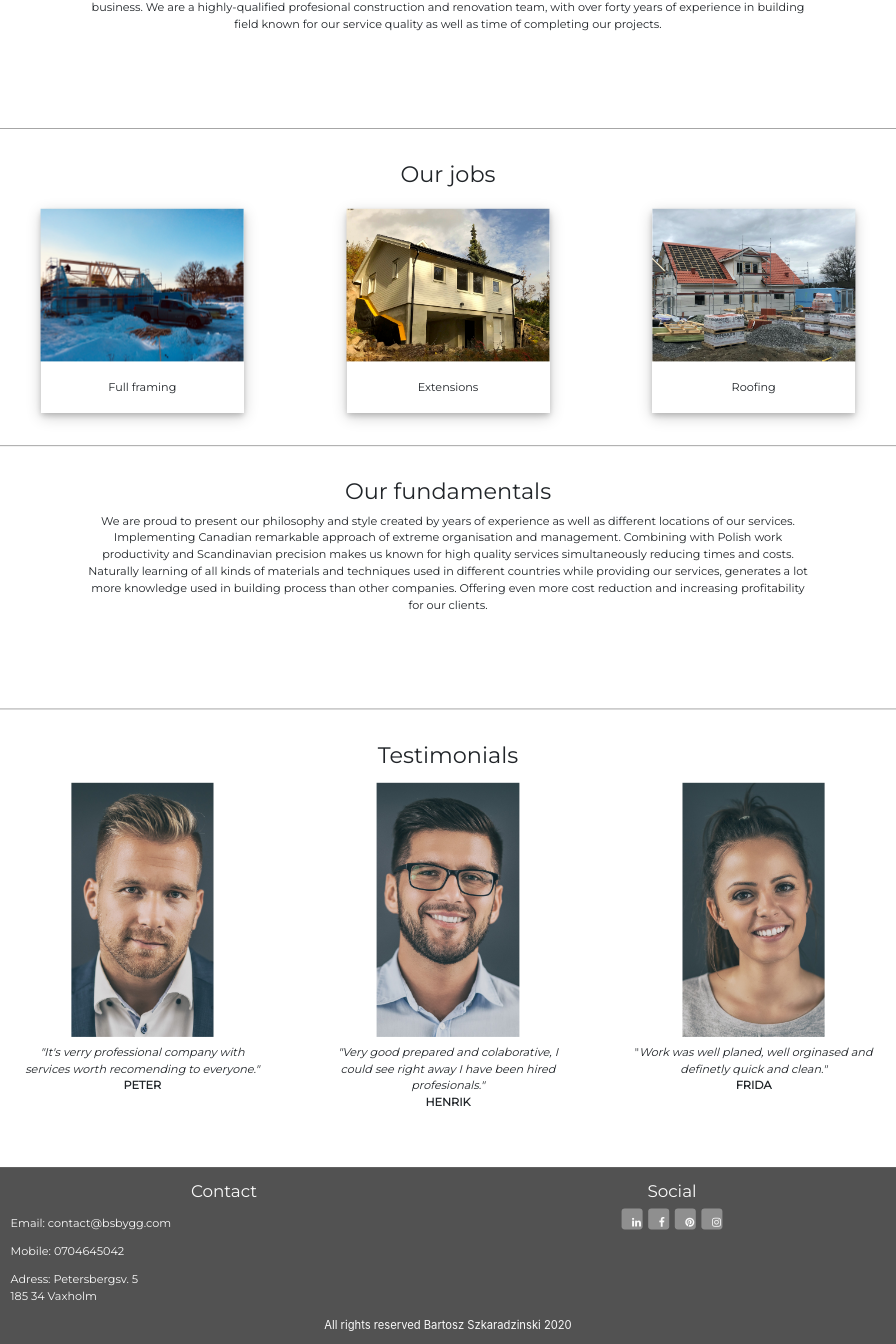
Repository: Bartie1982/milestone-project-1
Page: index.html
The author's editor kept a record of every edit. The page is drawn from the files as they stood at one moment, then again after the next edit.
The browser window is 1280 px wide. The pictures show the part of the page from y = 896 to 2816 px (the page is 2816 px tall before and 2803 px after), at 70% of full size.
Some web libraries are served in a nearby version.

Above is the page before.

### index.html
<!DOCTYPE html>
<html lang="en">

<head>
    <meta charset="UTF-8">
    <meta name="viewport" content="width=device-width, initial-scale=1.0">
    <meta http-equiv="X-UA-Compatible" content="ie=edge">
    <link rel="stylesheet" href="https://stackpath.bootstrapcdn.com/bootstrap/4.3.1/css/bootstrap.min.css" type="text/css" />
    <link rel="stylesheet" href="https://stackpath.bootstrapcdn.com/font-awesome/4.7.0/css/font-awesome.min.css" type="text/css" />
    <link rel="stylesheet" href="assets/css/style.css" type="text/css" />
    <title>BsBygg</title>
</head>

<body>
    <header>
        <div class="container-fluid h-50 d-inline-block">
            <div class="row">
                   <div class="mt-2  float-sm-left col-lg-2 col-md-3 col-sm-4 col-4">
                        <a href="index.html">
                        <img class="img logo" src="./assets/images/logo1.png" alt="Bs.bygg">
                        </a>
                    </div>
                    <div class="mt-2 col-lg-10 col-md-9 col-sm-8 col-8">
                            <nav class="mt-0 navbar navbar-expand-lg navbar-dark navbar-custom">
                            <a class="navbar-brand float-sm-left" href="index.html">Bs bygg</a>
                             <button class="navbar-toggler custom-toggler" type="button" data-toggle="collapse" data-target="#navbarNav" aria-controls="navbarNav" aria-expanded="false" aria-label="Toggle navigation">
                                    <span class="navbar-toggler-icon"></span>
                            </button>
                                <div class="navbar-brand collapse navbar-collapse" id="navbarNav">
                                    <ul class="navbar-nav">
                                        <li class="nav-item">
                                            <a class="navbar-brand" href="#about-us">About us</a>
                                        </li>
                                        <li class="nav-item">
                                            <a class="navbar-brand" href="#our-jobs">Our jobs</a>
                                        </li>
                                        <li class="nav-item">
                                            <a class="navbar-brand" href="#our-fundamentals">Our fundamentals</a>
                                        </li>
                                        <li class="nav-item">
                                            <a class="navbar-brand" href="#testimonials">Testimonials</a>
                                        </li>
                                        <li class="nav-item">
                                            <a class="navbar-brand" href="#contact">Contact</a>
                                        </li>
                                    </ul>
                                </div>

                        </nav>
                    </div>
        </div>
            </div>
            <div class="container-fluid h-50 d-inline-block">
                <div class="h-75 d-inline-block d-flex justify-content-center quote">
                        <p class="align-self-end ">Profesionals simply by working different!</p>
                </div>
            </div>
    </header>

    <section>
        <div class="d-flex justify-content-center" id="about-us">
            <div class="col-md-10 about-us">
                <h2>About-us</h2>

                <p class="text-space">Established in 1995 our company is a family bussines,
                started by my father who was providing construction and renovation services of all sorts in Sweden and Scandinavia.
                In 1999 My brother and I have joined my fathers company and together we expanded rapidly.
                Completing bigger and more complicated houses designs in Sweden, Danmark, Uk, Poland and Canada over time  we were growing and evolving to get framing and construction projects ahead simultaneously remaning in renovation business.
                We are a highly-qualified profesional construction and renovation team, with over forty years of experience in building field known for our service quality as well as time of completing our projects.
                </p>

            </div>
        </div>

        <div class="row">
            <div class="col-md-12 h-line4">
                <hr>
            </div>
        </div>

    </section>
    <section>
        <div class="row" id="our-jobs">
            <div class="col-md-12 Our-jobs">
                <h2>Our jobs</h2>
                    <div class="row d-flex justify-content-around">
                        <div class="col-sm-12 col-md-12 col-lg-4">
                            <div class="polaroid">
                        <img src="./assets/images/balsta-light.jpg" alt="Full framing" style="width:100%">
                             <div class="container p">
                             <p>Full framing</p>
                             </div>
                       </div>
                        </div>
                        <div class="col-sm-12 col-md-12 col-lg-4">
                            <div class="polaroid">
                        <img src="./assets/images/akersberga-ed.jpg" alt="Extensions" style="width:100%">
                             <div class="container p">
                             <p>Extensions</p>
                             </div>
                       </div>
                        </div>
                        <div class="col-sm-12 col-md-12 col-lg-4">
                            <div class="polaroid">
                        <img src="./assets/images/tak-arbetet-ed.jpg" alt="Roofing" style="width:100%">
                             <div class="container p">
                             <p>Roofing</p>
                         </div>
                        </div>
                    </div>
                </div>
            </div>
        </div>
    </section>
    <section>
        <div class="row">
            <div class="col-md-12 h-line3">
                <hr>
            </div>
        </div>
        <div class="d-flex justify-content-center" id="our-fundamentals">
            <div class="col-md-10 our-fundamentals">
                <h2>Our fundamentals</h2>

                <p class="text-space">We are proud to present our philosophy and style created by years of experience as well as different locations of our services.
                Implementing  Canadian remarkable approach of extreme organisation and management.
                Combining with Polish work productivity and Scandinavian precision makes us known for high quality services simultaneously reducing times and costs.
                Naturally learning of all kinds of materials and techniques used in different countries while providing our services, generates a lot more knowledge used in building process than other companies. Offering even more
                cost reduction and increasing profitability for our clients.
                </p>
            </div>
        </div>

        <div class="row">
            <div class="col-md-12 h-line4">
                <hr>
            </div>
        </div>
    </section>
    <section>
        <div class="row" id="testimonials">
            <div class="col-md-12 Testimonials">
                <h2>Testimonials</h2>
                    <div class="row people d-flex justify-content-around">
                        <div class="col-sm-12 col-md-4 person">
                            <img class="img-fluid" src="./assets/images/Face 6.jpg" alt="Peter">
                            <p class="text-space"><i>"It's verry professional company with services worth recomending to everyone."</i><br><b>PETER</b></p>
                        </div>
                        <div class="col-sm-12 col-md-4 person">
                            <img class="img-fluid" src="./assets/images/Face 4.jpg" alt="Henrik">
                            <p class="text-space"><i>"Very good prepared and colaborative, I could see right away I have been hired profesionals."</i><br><b>HENRIK</b></p>
                        </div>
                        <div class="col-sm-12 col-md-4 person">
                            <img class="img-fluid" src="./assets/images/Face 7.jpg" alt="Frida">
                            <p class="text-space">"<i>Work was well planed, well orginased and definetly quick and clean."</i><br><b>FRIDA</b></p>
                        </div>
                    </div>
            </div>
                <div class="row">
                    <div class="col-md-12 h-line4">
                        <hr>
                    </div>
                </div>
    </section>
    <footer class="container-fluid" id="contact">
        <div class="row">
                <div class="col-lg-6 col-md-6 col-sm-12">
                    <h4 class="d-flex justify-content-center general-sub">Contact</h4>

                        <div class="  general-sub">
                            <div>
                            <p class=""><b>Email:</b> contact@bsbygg.com</p>
                            </div>
                            <div>
                            <p class=""><b>Mobile:</b> 0704645042 </p>
                            </div>
                            <div>
                            <p class=""><b>Adress:</b> Petersbergsv. 5 <br>185 34 Vaxholm</p>
                        </div>
                </div>
        </div>
            <div class="col-lg-6 col-md-6 col-sm-12 social">
                <h4 class="general-sub d-flex justify-content-center">Social</h4>
                <ul class="list-inline social-links d-flex justify-content-center">
                <li class="list-inline-item">
                    <a target="_blank" href="https://www.linkedin.com/">
                        <i class="fa fa-linkedin" aria-hidden="true"></i>
                        <span class="sr-only">Linkedin</span>
                    </a>
                </li>

                <li class="list-inline-item">
                    <a target="_blank" href="https://www.facebook.com/">
                        <i class="fa fa-facebook" aria-hidden="true"></i>
                        <span class="sr-only">Facebook</span>
                    </a>

                </li>
                <li class="list-inline-item">
                    <a target="_blank" href="https://www.pinterest.com/">
                        <i class="fa fa-pinterest" aria-hidden="true"></i>
                        <span class="sr-only">Pinterest</span>
                    </a>
                </li>
                <li class="list-inline-item">
                    <a target="_blank" href="https://www.instagram.com/">
                        <i class="fa fa-instagram" aria-hidden="true"></i>
                        <span class="sr-only">Instagram</span>
                    </a>
                </li>

                </ul>
            </div>
        </div>
        <div class="d-flex justify-content-center">
            <p class="">All rights reserved  Bartosz Szkaradzinski 2020</p>
        </div>
    </footer>
    <script src="https://code.jquery.com/jquery-3.2.1.slim.min.js" integrity="sha384-KJ3o2DKtIkvYIK3UENzmM7KCkRr/rE9/Qpg6aAZGJwFDMVNA/GpGFF93hXpG5KkN" crossorigin="anonymous"></script>
<script src="https://cdnjs.cloudflare.com/ajax/libs/popper.js/1.12.9/umd/popper.min.js" integrity="sha384-ApNbgh9B+Y1QKtv3Rn7W3mgPxhU9K/ScQsAP7hUibX39j7fakFPskvXusvfa0b4Q" crossorigin="anonymous"></script>
<script src="https://maxcdn.bootstrapcdn.com/bootstrap/4.0.0/js/bootstrap.min.js" integrity="sha384-JZR6Spejh4U02d8jOt6vLEHfe/JQGiRRSQQxSfFWpi1MquVdAyjUar5+76PVCmYl" crossorigin="anonymous"></script>
</body>

</html>

### assets/css/style.css
@import url('https://fonts.googleapis.com/css?family=Montserrat&display=swap:100,200,300,400,500,600,700|Exo:100,200,300,400,500,600,700');


/*----------------------------------------------Colours*/
.bg-color-name-title {
      color: #000234;
}



/*----------------------------------------------Heading*/

html, body {
    width: 100vw;
    overflow-x: hidden;
    overflow-y: auto;
}

header {
    height: 100vh;
    margin: 0;
    background: url("../images/Villa1.jpg");
    background-repeat: no-repeat;
    background-size: cover;


}

.logo {
    background-repeat: no-repeat;
    background-size: 30px;
    min-height: 20px;
    height: 50px;
    margin-top: inherit;
    margin-left: 20px;
    margin-right: 2px;
    padding-left: 0px;
    padding-right:0px;

}


.navbar {
    margin-right: auto;
    margin-left: auto;
    margin-top: 25px;

}

.navbar-dark {
    font-size: 22px;
    font-weight: 400;
}
.custom-toggler.navbar-toggler {
            border-color: lightgreen;
        }

.navbar-custom .navbar-brand,
.navbar-custom .navbar-text {
    color: #F0F8FF;
}

.quote {
    color: #F0FFF0;
    font-family: "Exo", Montserrat;
    font-weight: 100;
    font-size: 30px;
    text-align: center;


}


/*----------------------------------------------About us*/

.about-us {

    font-family: "Exo", Montserrat;
    margin-top: 30px;
    text-align: center;
    min-height: 300px;

}

/*----------------------------------------------Our fundamentals*/



.our-fundamentals {
    font-family: "Exo", Montserrat;
    margin-top: 30px;
    text-align: center;
    min-height: 300px;
}




/*----------------------------------------------Our jobs*/

.polaroid {
  width: 290px;
  box-shadow: 0 4px 8px 0 rgba(0, 0, 0, 0.2), 0 6px 20px 0 rgba(0, 0, 0, 0.19);
  text-align: center;
  margin: 30px auto 30px auto;

}

.Our-jobs {
    font-family: "Exo", Montserrat;
    margin-top: 30px;
    text-align: center;
    min-height: 300px;

}


/*----------------------------------------------Testimonials*/

.container p {
  padding: 25px;
}
.people {
    margin-top:20px;
    margin-bottom: 40px;
}
.person {

    height: inherit;
    margin-bottom: 30px;
}
.person img {
    width: 50%;
    margin-left: auto;
    margin-right: auto;
}
.person p {
    padding-left: 30px;
    padding-right: 30px;
}


.name {
    font-family: "Exo", Montserrat;
    background-position: center;
    margin-top: 50px;
    font-weight: 100;
    min-height: 100px;
    font-size: 46px;
    color: #fff;

}

.Testimonials {
    font-family: "Exo", Montserrat;
    margin-top: 30px;
    text-align: center;
    min-height: 300px;

}

/*----------------------------------------------Spacers/lines/margins/paddings/text */

h1,
h2,
h3,
h4 {
       margin: 0;
}

hr {
    background-color: grey;
    height: 1px;
    border: 0; }

.h-line3 {
    margin-top: 0;

}

.h-line4 {
    margin-top: 1%;
}

.text-space {
    margin-top: 10px;
    margin-bottom: 10px;
}

.general-sub {
    margin-top: 20px;
    margin-bottom: 10px;
    color: #fafafa;
    font-family: "Exo", Montserrat;
    font-weight: 300;

}

.inline-block {
    display: inline-block;

}

/*----------------------------------------------Footer*/

footer {
    background-color: #525252;
    color: #fafafa;
    min-height: 240px;
}

.contact {
    margin-left: auto;
    margin-right: auto;

}

.quote-pdf i {
    font-size: 20px;
    color: #fafafa;
    text-align: center;
    padding-left: 8px;
    transition: all 0.45s ease-in;
    -moz-transition: all 0.45s ease-in;
    -webkit-transition: all 0.45s ease-in;
    -o-transition: all 0.45s ease-in;
}

.quote-pdf i:hover {
    color: #40A8AF;

}
.social {
     margin-right: auto;
     margin-left: auto;
}

.social-links li a i {
    width: 30px;
    height:30px;
    padding: 15px;
    border-radius: 15%;
    font-size: 15px;
    line-height: 10px;
    text-align: center;
    color: #fafafa;
    background: #8f8f8f;
    transition: all 0.35s ease-in;
    -moz-transition: all 0.35s ease-in;
    -webkit-transition: all 0.35s ease-in;
    -o-transition: all 0.35s ease-in;
}

.social-links li a i:hover {
    background: #40A8AF;
}

After the next edit:
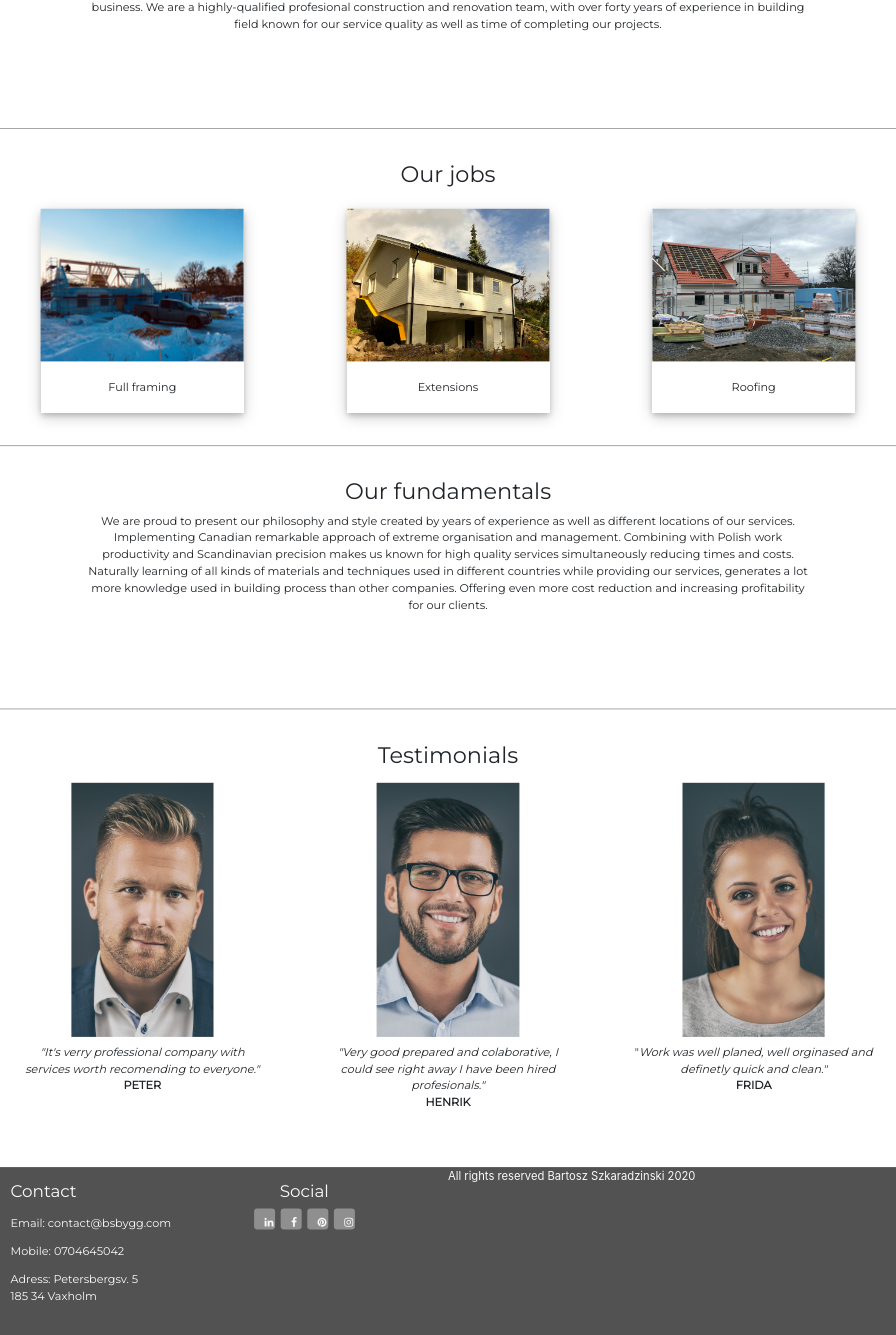
The edit:
--- a/index.html
+++ b/index.html
@@ -164,8 +164,9 @@
     </section>
     <footer class="container-fluid" id="contact">
         <div class="row">
-                <div class="col-lg-6 col-md-6 col-sm-12">
-                    <h4 class="d-flex justify-content-center general-sub">Contact</h4>
+                <div class="d-flex justify-content-center col-lg-6 col-md-6 col-sm-12">
+                        <div>
+                            <h4 class="general-sub">Contact</h4>
 
                         <div class="  general-sub">
                             <div>
